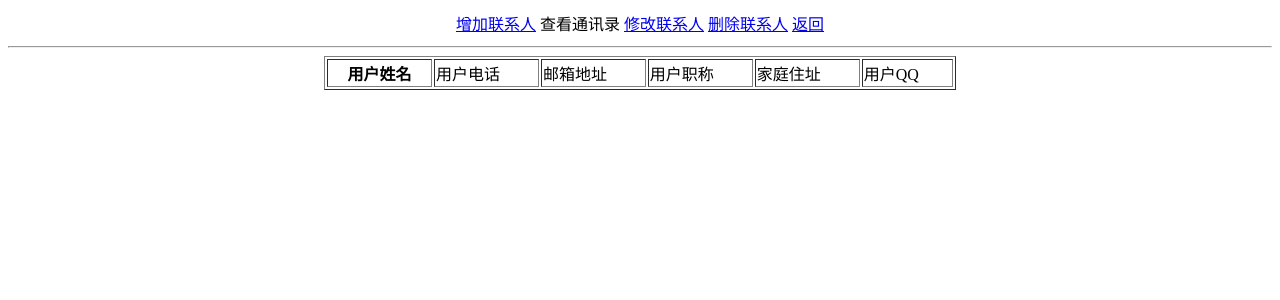
Repository: zy840055899/old-workspace
Page: http://localhost/PIMS/friendManager/lookFriend.jsp
The author's editor kept a copy of each file at every save. The page is drawn from the files as they stood at one save, then again after the next save.
The browser window is 1280 px wide. The pictures show the whole page.
The page is served by Tomcat 9. Other server files are loaded and not shown.

Above is the page before, as saved 2014-03-13 06:49:25.

### PIMS/WebContent/friendManager/lookFriend.jsp
<%@ page language="java" contentType="text/html; charset=UTF-8"
    pageEncoding="UTF-8"%>
<!DOCTYPE html PUBLIC "-//W3C//DTD HTML 4.01 Transitional//EN" "http://www.w3.org/TR/html4/loose.dtd">
<html>
<head>
<meta http-equiv="Content-Type" content="text/html; charset=UTF-8">
<title>个人信息管理系统--查看通讯录</title>
</head>
<body>

<center>

<table>

<tr>
<td><a href="http://localhost:8080/PIMS/friendManager/addFriend.jsp">增加联系人</a></td>
<td>查看通讯录</td>
<td><a href="http://localhost:8080/PIMS/friendManager/updateFriend.jsp">修改联系人</a></td>
<td><a href="http://localhost:8080/PIMS/friendManager/deleteFriend.jsp">删除联系人</a></td>
<td><a href="http://localhost:8080/PIMS/main/main.jsp">返回</a></td>
</tr>

</table><hr>

<table border="1" width="50%">

<tr>
<th>用户姓名</th>
<td>用户电话</td>
<td>邮箱地址</td>
<td>用户职称</td>
<td>家庭住址</td>
<td>用户QQ</td>
</tr>









</table>
















</center>








</body>
</html>

After the next save:
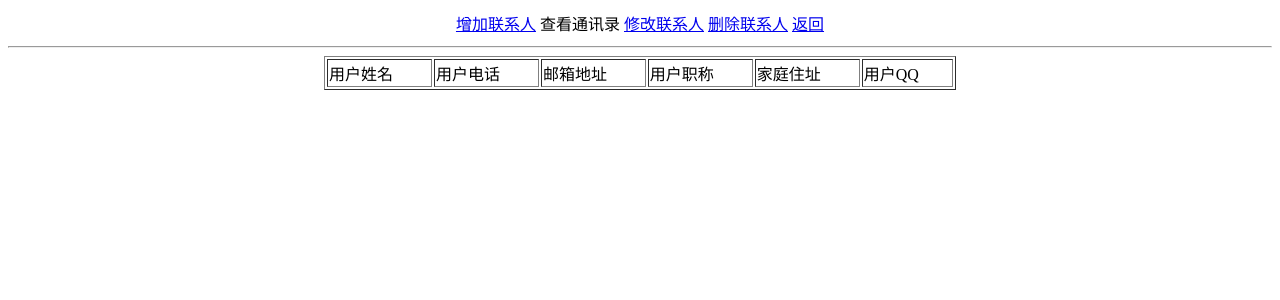
Saved 49 s later.
--- a/PIMS/WebContent/friendManager/lookFriend.jsp
+++ b/PIMS/WebContent/friendManager/lookFriend.jsp
@@ -25,7 +25,7 @@
 <table border="1" width="50%">
 
 <tr>
-<th>用户姓名</th>
+<td>用户姓名</td>
 <td>用户电话</td>
 <td>邮箱地址</td>
 <td>用户职称</td>
